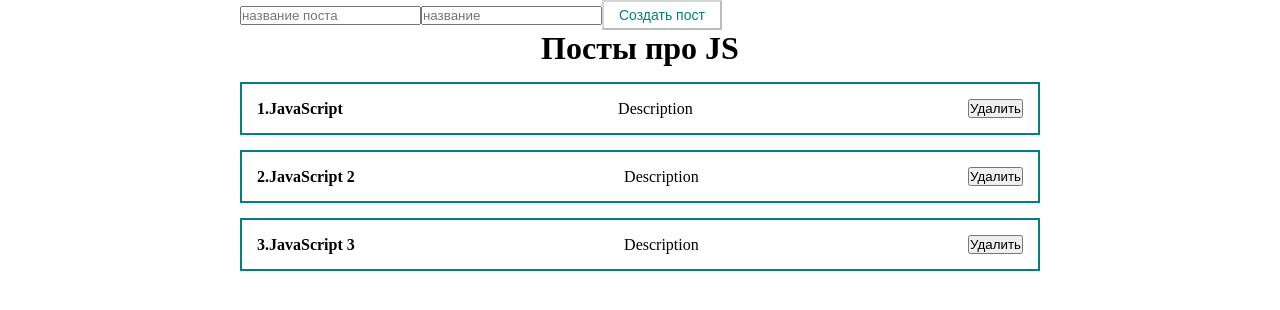
Repository: otvertka/ulb2_react
Page: / (app in jk_project/)
The author's editor kept a copy of each file at every save. The page is drawn from the files as they stood at one save, then again after the next save.
The browser window is 1280 px wide. The pictures show the whole page.
The project was rebuilt for these pictures with package versions that can differ from the ones it lists, and the page was loaded fresh each time. Also part of the build but not shown: jk_project/src/component/Counter.jsx, jk_project/src/component/ClassCounter.jsx.

Above is the page before, as saved 2023-09-08 12:38:05.

### jk_project/public/index.html
<!DOCTYPE html>
<html lang="en">
  <head>
    <meta charset="utf-8" />

    <meta name="viewport" content="width=device-width, initial-scale=1" />

    <title>React App</title>
  </head>
  <body>
    <noscript>You need to enable JavaScript to run this app.</noscript>
    <div id="root"></div>
    <!-- Здесь будет приложение JS -->
  </body>
</html>

### jk_project/src/App.js
import React, { useState } from "react";
import Counter from "./component/Counter";
import ClassCounter from "./component/ClassCounter";
import classes from "./styles/App.css";
import PostItem from "./component/PostItem";
import PostList from "./component/PostList";
import MyButton from "./component/UI/button/MyButton";

function App() {
  const [posts, setPosts] = useState([
    { id: 1, title: "JavaScript", body: "Description" },
    { id: 2, title: "JavaScript 2", body: "Description" },
    { id: 3, title: "JavaScript 3", body: "Description" },
  ]);

  return (
    <div className="App">
      <form>
        <input type="text" placeholder="название поста" />
        <input type="text" placeholder="название" />
        <MyButton disabled>Создать пост</MyButton>
      </form>
      <PostList posts={posts} title="Посты про JS" />
    </div>
  );
}

export default App;

### jk_project/src/styles/app.css
* {
  margin: 0;
  padding: 0;
  box-sizing: border-box;
}

#root {
  display: flex;
  justify-content: center;
}

.App {
  width: 800px;
}

.post {
  display: flex;
  padding: 15px;
  border: 2px solid teal;
  margin-top: 15px;
  justify-content: space-between;
  align-items: center;
}

### jk_project/src/component/PostItem.jsx
import React from "react";

const PostItem = (props) => {
  console.log(props);
  return (
    <div>
      <div className="post">
        <div className="post__content">
          <strong>
            {props.post.id}.{props.post.title}
          </strong>
        </div>
        <div>{props.post.body}</div>
        <div className="post__btns">
          <button>Удалить</button>
        </div>
      </div>
    </div>
  );
};

export default PostItem;

### jk_project/src/component/PostList.jsx
import React from "react";
import PostItem from "./PostItem";

const PostList = ({ posts, title }) => {
  return (
    <div>
      <h1 style={{ textAlign: "center" }}>{title}</h1>
      {posts.map((post) => (
        <PostItem post={post} key={post.id} />
      ))}
    </div>
  );
};

export default PostList;

### jk_project/src/component/UI/button/MyButton.jsx
import React from "react";
import classes from "./MyButton.module.css";

const MyButton = ({ children, ...props }) => {
  return (
    <button {...props} className={classes.myBtn}>
      {children}
    </button>
  );
};

export default MyButton;

### jk_project/src/component/UI/button/MyButton.module.css
.myBtn {
  padding: 5px 15px;
  color: teal;
  font-size: 14px;
  background: transparent;
  border: 1px solod teal;
  cursor: pointer;
}

Loaded but not shown: jk_project/src/index.js (common file)

After the next save:
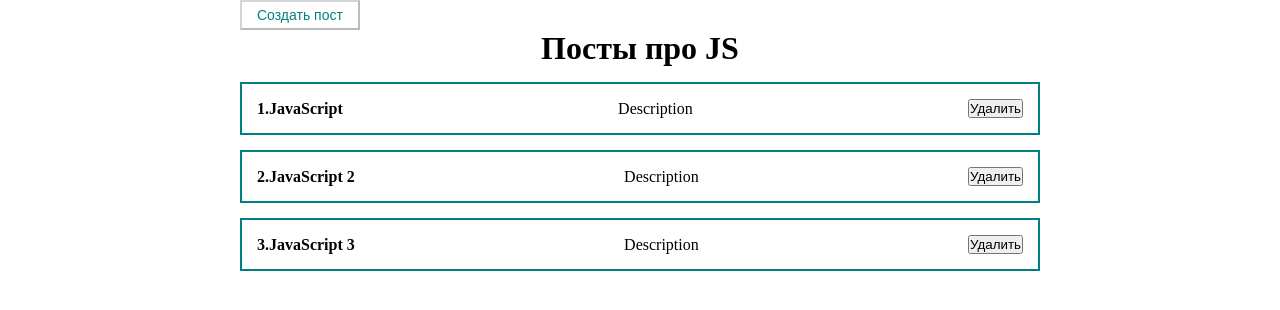
Saved 25 s later.
--- a/jk_project/src/App.js
+++ b/jk_project/src/App.js
@@ -16,8 +16,6 @@ function App() {
   return (
     <div className="App">
       <form>
-        <input type="text" placeholder="название поста" />
-        <input type="text" placeholder="название" />
         <MyButton disabled>Создать пост</MyButton>
       </form>
       <PostList posts={posts} title="Посты про JS" />
